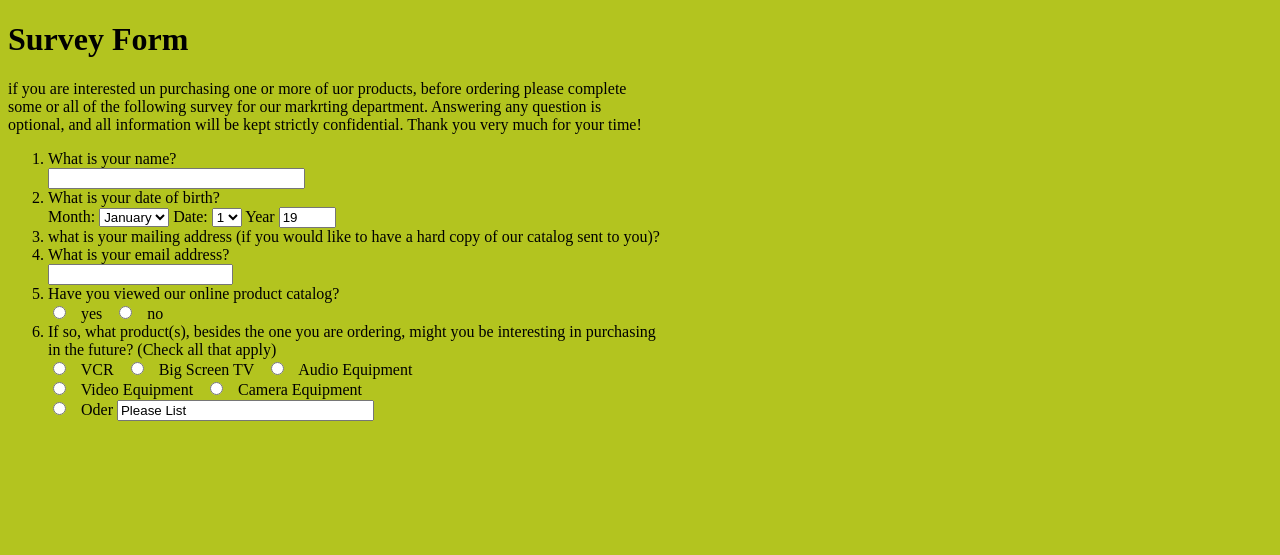
Repository: PhamChiXuan1/HTCNW_tuan3_DHCNTT16C_PhamChiXuan_20030131
Page: bt17.html
The author's editor kept a copy of each file at every save. The page is drawn from the files as they stood at one save, then again after the next save.
The browser window is 1280 px wide. The pictures show the whole page.

Above is the page before, as saved 2022-02-27 22:43:41.

### bt17.html
<!DOCTYPE html>
<html lang="en">
<head>
    <meta charset="UTF-8">
    <meta http-equiv="X-UA-Compatible" content="IE=edge">
    <meta name="viewport" content="width=device-width, initial-scale=1.0">
    <title>Document</title>
</head>
<body style="background-color: rgb(179, 196, 31);">
    <H1>Survey Form</H1>
    <P>if you are interested un purchasing one or more of uor products, before ordering please complete <br>some or all of the following survey for our markrting department. Answering any question is <br>optional, and all information will be kept strictly confidential. Thank you very much for your time!</P>
    <ol type="1">

        <li>What is your name?</li>
            <input type="text" id="" name="19" size="29" >

        <li>What is your date of birth?</li>
        <form>
            <label for="cars">Month:</label>
            <select id="cars" name="cars">
                <option value="January">January</option>
            </select>
            <label for="cars">Date:</label>
            <select id="cars" name="cars">
                <option value="1">1</option>
            </select>
            <label for="cars">Year</label>
            <input type="text" id="" name="" size="4" value="19">

            <li>what is your mailing address (if you would like to have a hard copy of our catalog sent to you)?</li>

            <li>What is your email address?</li>
            <form>
                <input type="text" id="fname" name="fname" value=""><br>
            </form>

            <li>Have you viewed our online product catalog?</li>
            <input type="radio" id="" name="" value="">
                <label for="yes">yes</label>
            <input type="radio" id="" name="" value="">
                <label for="no">no</label><br>

            <li>If so, what product(s), besides the one you are ordering, might you be interesting in purchasing <br>in the future? (Check all that apply)</li>
            <input type="radio" id="" name="" value="">
                <label for="VCR">VCR</label>
            <input type="radio" id="" name="" value="">
                <label for="Big Screen TV">Big Screen TV</label>
            <input type="radio" id="" name="" value="">
                <label for="Audio Equipment">Audio Equipment</label><br>
            <input type="radio" id="" name="" value="">
                <label for="Video Equipment">Video Equipment</label>
            <input type="radio" id="" name="" value="">
                <label for="Camera Equipment">Camera Equipment</label><br>
            <input type="radio" id="" name="" value="">
                <label for="Oder">Oder</label> <input type="text" id="" name="" size="29" value="Please List">
        </form>
    </ol>


</body>
</html>

After the next save:
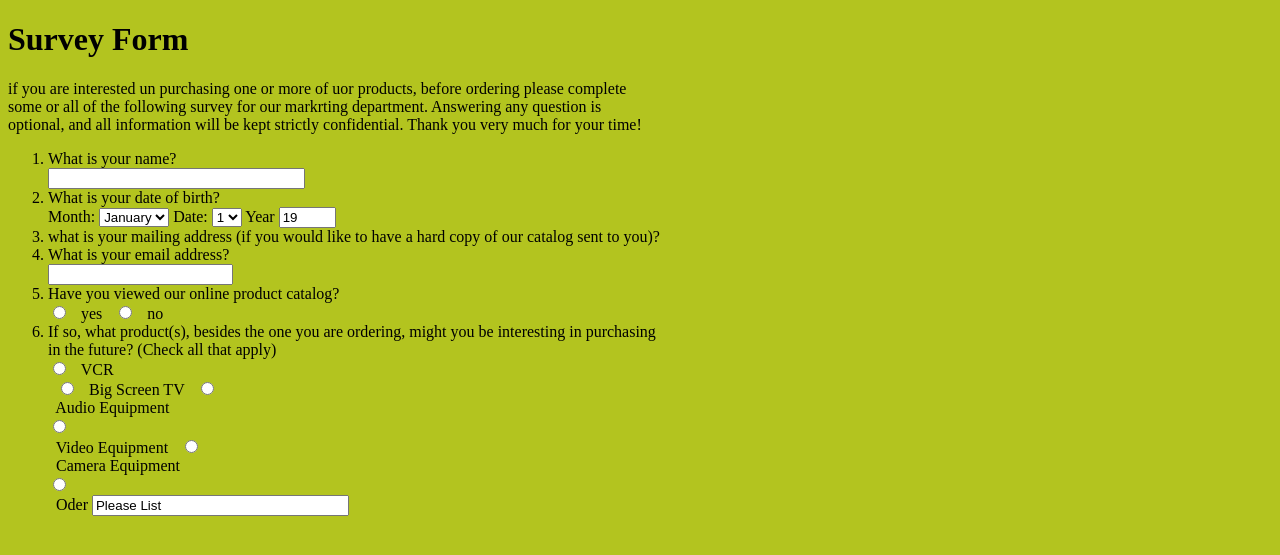
Saved 42 s later.
--- a/bt17.html
+++ b/bt17.html
@@ -42,16 +42,16 @@
 
             <li>If so, what product(s), besides the one you are ordering, might you be interesting in purchasing <br>in the future? (Check all that apply)</li>
             <input type="radio" id="" name="" value="">
-                <label for="VCR">VCR</label>
+                <label for="VCR">VCR</label> <br>
             <input type="radio" id="" name="" value="">
                 <label for="Big Screen TV">Big Screen TV</label>
-            <input type="radio" id="" name="" value="">
+            <input type="radio" id="" name="" value=""><br>
                 <label for="Audio Equipment">Audio Equipment</label><br>
-            <input type="radio" id="" name="" value="">
+            <input type="radio" id="" name="" value=""><br>
                 <label for="Video Equipment">Video Equipment</label>
-            <input type="radio" id="" name="" value="">
+            <input type="radio" id="" name="" value=""><br>
                 <label for="Camera Equipment">Camera Equipment</label><br>
-            <input type="radio" id="" name="" value="">
+            <input type="radio" id="" name="" value=""><br>
                 <label for="Oder">Oder</label> <input type="text" id="" name="" size="29" value="Please List">
         </form>
     </ol>
